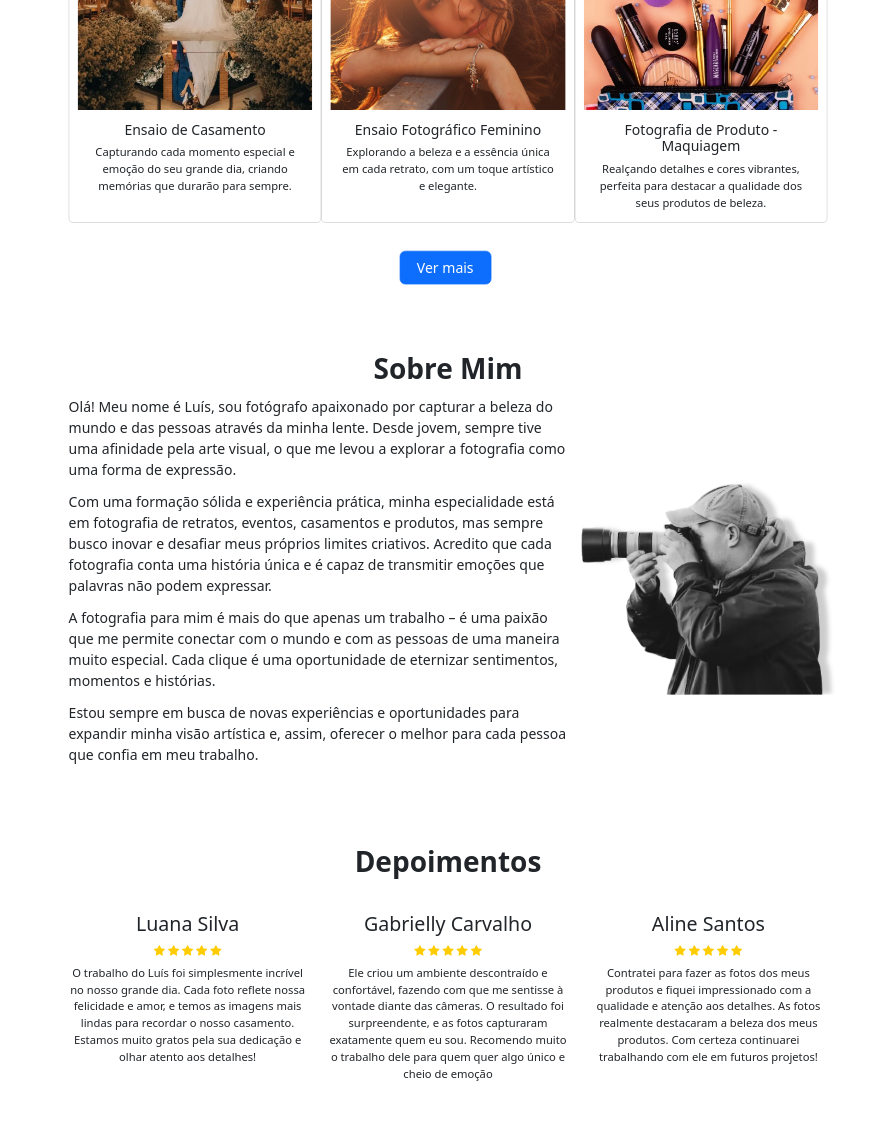
Repository: Marinalr-25/portifolio-fotografia
Page: index.html
These files come from the project's save history. The page is drawn as it stood at one moment and after the next save; the edit follows.
The browser window is 1280 px wide. The pictures show the part of the page from y = 855 to 2775 px (the page is 2465 px tall before and 2775 px after), at 70% of full size.
A picture or video elsewhere on the page could not be fetched, so the positions and the page height are approximate.

Above is the page before, as saved 2025-01-19 19:27:28.

### index.html
<!DOCTYPE html>
<html lang="pt-BR" data-bs-theme="dark">
  <head>
    <meta charset="utf-8" />
    <meta name="viewport" content="width=device-width, initial-scale=1" />
    <title>Portifolio Fotográfia</title>
    <link
      href="https://cdn.jsdelivr.net/npm/bootstrap@5.3.3/dist/css/bootstrap.min.css"
      rel="stylesheet"
      integrity="sha384-QWTKZyjpPEjISv5WaRU9OFeRpok6YctnYmDr5pNlyT2bRjXh0JMhjY6hW+ALEwIH"
      crossorigin="anonymous"
    />
    <!-- Bootstrap Icons -->
    <link
      href="https://cdn.jsdelivr.net/npm/bootstrap-icons/font/bootstrap-icons.css"
      rel="stylesheet"
    />
    <link rel="stylesheet" href="css/style.css" />
  </head>
  <body>
    <!-- Header -->
    <div class="container">
      <header
        class="d-flex flex-wrap justify-content-center py-3 mb-4 border-bottom fixed-top header header-light"
      >
        <a
          href="/"
          class="d-flex align-items-center mb-3 mb-md-0 me-md-auto link-body-emphasis text-decoration-none"
        >
          <svg
            xmlns="http://www.w3.org/2000/svg"
            width="40"
            height="32"
            class="d-block m-4 my-1 m"
            viewBox="0 0 118 94"
            role="img"
          >
            <title>Bootstrap</title>
            <path
              fill-rule="evenodd"
              clip-rule="evenodd"
              d="M24.509 0c-6.733 0-11.715 5.893-11.492 12.284.214 6.14-.064 14.092-2.066 20.577C8.943 39.365 5.547 43.485 0 44.014v5.972c5.547.529 8.943 4.649 10.951 11.153 2.002 6.485 2.28 14.437 2.066 20.577C12.794 88.106 17.776 94 24.51 94H93.5c6.733 0 11.714-5.893 11.491-12.284-.214-6.14.064-14.092 2.066-20.577 2.009-6.504 5.396-10.624 10.943-11.153v-5.972c-5.547-.529-8.934-4.649-10.943-11.153-2.002-6.484-2.28-14.437-2.066-20.577C105.214 5.894 100.233 0 93.5 0H24.508zM80 57.863C80 66.663 73.436 72 62.543 72H44a2 2 0 01-2-2V24a2 2 0 012-2h18.437c9.083 0 15.044 4.92 15.044 12.474 0 5.302-4.01 10.049-9.119 10.88v.277C75.317 46.394 80 51.21 80 57.863zM60.521 28.34H49.948v14.934h8.905c6.884 0 10.68-2.772 10.68-7.727 0-4.643-3.264-7.207-9.012-7.207zM49.948 49.2v16.458H60.91c7.167 0 10.964-2.876 10.964-8.281 0-5.406-3.903-8.178-11.425-8.178H49.948z"
              fill="currentColor"
            ></path>
          </svg>
          <span class="fs-4">Fotográfo Bootstrap</span>
        </a>

        <ul class="nav nav-pills">
          <li class="nav-item">
            <a href="#home" class="nav-link active" aria-current="page">Home</a>
          </li>
          <li class="nav-item">
            <a href="#galeria" class="nav-link">Galeria</a>
          </li>
          <li class="nav-item">
            <a href="#sobre" class="nav-link">Sobre mim</a>
          </li>
          <li class="nav-item">
            <a href="#servicos" class="nav-link">Serviços</a>
          </li>
          <li class="nav-item">
            <a href="#contato" class="nav-link">Contato</a>
          </li>
          <button id="toggleThemeBtn" class="btn btn-light me-3">
            <i id="themeIcon" class="bi bi-brightness-high"></i>
          </button>
        </ul>
      </header>
    </div>

    <!-- Hero -->
    <div id="home" class="container col-xxl-8 px-4 py-5">
      <div class="row flex-lg-row-reverse align-items-center g-5 py-5">
        <div class="col-10 col-sm-8 col-lg-6">
          <img
            src="src/fotografiaHero.jpg"
            class="d-block mx-lg-auto img-fluid img-hero"
            alt="Bootstrap Themes"
            width="700"
            height="500"
            loading="lazy"
          />
        </div>
        <div class="col-lg-6">
          <h1 class="fw-bold text-body-emphasis lh-1 mb-3">
            Capturando Momentos, Criando Memórias
          </h1>
          <p class="lead">
            Com uma abordagem única e criativa, busco capturar a essência de
            cada cena e emoção. Meu trabalho é uma mistura de técnica, paixão e
            sensibilidade. Através da minha lente, tento criar imagens que falam
            por si mesmas.
          </p>
          <div class="d-grid gap-2 d-md-flex justify-content-md-start">
            <button type="button" class="btn btn-primary btn-lg px-4 me-md-2">
              Veja meu trabalho
            </button>
            <button type="button" class="btn btn-outline-secondary btn-lg px-4">
              Entre em Contato
            </button>
          </div>
        </div>
      </div>
    </div>

    <!-- Galeria -->
    <div id="galeria" class="container col-xxl-8 px-4 py-5 p-4 text-center">
      <h1 class="fw-bold mb-3">Galeria</h1>
      <div class="row p-3">
        <div class="card col-lg-4 col-12 mb-4">
          <img
            src="src/casamento.webp"
            class="card-img-top"
            alt="ensaio fotografico de casamento"
          />
          <div class="card-body">
            <h5 class="card-title">Ensaio de Casamento</h5>
            <p class="card-text">
              Capturando cada momento especial e emoção do seu grande dia,
              criando memórias que durarão para sempre.
            </p>
          </div>
        </div>
        <div class="card col-lg-4 col-12 mb-4">
          <img
            src="src/ensaiofotografico.jpeg"
            class="card-img-top"
            alt="ensaio fotografico de uma mulher"
          />
          <div class="card-body">
            <h5 class="card-title">Ensaio Fotográfico Feminino</h5>
            <p class="card-text">
              Explorando a beleza e a essência única em cada retrato, com um
              toque artístico e elegante.
            </p>
          </div>
        </div>
        <div class="card col-lg-4 col-12 mb-4">
          <img
            src="src/maquiagem.jpg"
            class="card-img-top"
            alt="ensaio fotografico de produto (maquiagem)"
          />
          <div class="card-body">
            <h5 class="card-title">Fotografia de Produto - Maquiagem</h5>
            <p class="card-text">
              Realçando detalhes e cores vibrantes, perfeita para destacar a
              qualidade dos seus produtos de beleza.
            </p>
          </div>
        </div>
      </div>
      <button type="button" class="btn btn-primary btn-lg px-4 me-md-2">
        Ver mais
      </button>
    </div>

    <!-- Sobre mim -->
    <div id="sobre" class="container col-xxl-8 px-4 py-5">
      <div class="row justify-content-center align-items-center">
        <h1 class="fw-bold mb-3 text-center">Sobre Mim</h1>
        <div class="col-lg-8 pe-3">
          <p class="lead">
            Olá! Meu nome é Luís, sou fotógrafo apaixonado por capturar a beleza
            do mundo e das pessoas através da minha lente. Desde jovem, sempre
            tive uma afinidade pela arte visual, o que me levou a explorar a
            fotografia como uma forma de expressão.
          </p>
          <p class="lead">
            Com uma formação sólida e experiência prática, minha especialidade
            está em fotografia de retratos, eventos, casamentos e produtos, mas
            sempre busco inovar e desafiar meus próprios limites criativos.
            Acredito que cada fotografia conta uma história única e é capaz de
            transmitir emoções que palavras não podem expressar.
          </p>
          <p class="lead">
            A fotografia para mim é mais do que apenas um trabalho – é uma
            paixão que me permite conectar com o mundo e com as pessoas de uma
            maneira muito especial. Cada clique é uma oportunidade de eternizar
            sentimentos, momentos e histórias.
          </p>
          <p class="lead">
            Estou sempre em busca de novas experiências e oportunidades para
            expandir minha visão artística e, assim, oferecer o melhor para cada
            pessoa que confia em meu trabalho.
          </p>
        </div>
        <div class="fotografo"></div>
      </div>
    </div>

    <!-- Clientes -->
    <div id="clientes" class="container col-xxl-8 px-4 py-5 py-3">
      <div class="col mx-auto">
        <h1 class="fw-bold text-center mb-5">Depoimentos</h1>
        <div class="row">
          <div class="col-lg-4 text-center">
            <h3>Luana Silva</h3>
            <div class="mb-2">
              <i class="bi bi-star-fill estrela"></i>
              <i class="bi bi-star-fill estrela"></i>
              <i class="bi bi-star-fill estrela"></i>
              <i class="bi bi-star-fill estrela"></i>
              <i class="bi bi-star-fill estrela"></i>
            </div>

            <p>
              O trabalho do Luís foi simplesmente incrível no nosso grande dia.
              Cada foto reflete nossa felicidade e amor, e temos as imagens mais
              lindas para recordar o nosso casamento. Estamos muito gratos pela
              sua dedicação e olhar atento aos detalhes!
            </p>
          </div>
          <div class="col-lg-4 text-center">
            <h3>Gabrielly Carvalho</h3>
            <div class="mb-2">
              <i class="bi bi-star-fill estrela"></i>
              <i class="bi bi-star-fill estrela"></i>
              <i class="bi bi-star-fill estrela"></i>
              <i class="bi bi-star-fill estrela"></i>
              <i class="bi bi-star-fill estrela"></i>
            </div>
            <p>
              Ele criou um ambiente descontraído e confortável, fazendo com que
              me sentisse à vontade diante das câmeras. O resultado foi
              surpreendente, e as fotos capturaram exatamente quem eu sou.
              Recomendo muito o trabalho dele para quem quer algo único e cheio
              de emoção
            </p>
          </div>
          <div class="col-lg-4 text-center">
            <h3>Aline Santos</h3>
            <div class="mb-2">
              <i class="bi bi-star-fill estrela"></i>
              <i class="bi bi-star-fill estrela"></i>
              <i class="bi bi-star-fill estrela"></i>
              <i class="bi bi-star-fill estrela"></i>
              <i class="bi bi-star-fill estrela"></i>
            </div>
            <p>
              Contratei para fazer as fotos dos meus produtos e fiquei
              impressionado com a qualidade e atenção aos detalhes. As fotos
              realmente destacaram a beleza dos meus produtos. Com certeza
              continuarei trabalhando com ele em futuros projetos!
            </p>
          </div>
        </div>
      </div>
    </div>

    <script
      src="https://cdn.jsdelivr.net/npm/@popperjs/core@2.11.8/dist/umd/popper.min.js"
      integrity="sha384-I7E8VVD/ismYTF4hNIPjVp/Zjvgyol6VFvRkX/vR+Vc4jQkC+hVqc2pM8ODewa9r"
      crossorigin="anonymous"
    ></script>
    <script
      src="https://cdn.jsdelivr.net/npm/bootstrap@5.3.3/dist/js/bootstrap.min.js"
      integrity="sha384-0pUGZvbkm6XF6gxjEnlmuGrJXVbNuzT9qBBavbLwCsOGabYfZo0T0to5eqruptLy"
      crossorigin="anonymous"
    ></script>
    <script src="js/script.js"></script>
  </body>
</html>

### css/style.css
/* Style Bootstrap */

.bd-placeholder-img {
  font-size: 1.125rem;
  text-anchor: middle;
  -webkit-user-select: none;
  -moz-user-select: none;
  user-select: none;
}

@media (min-width: 768px) {
  .bd-placeholder-img-lg {
    font-size: 3.5rem;
  }
}

.b-example-divider {
  width: 100%;
  height: 3rem;
  background-color: rgba(0, 0, 0, 0.1);
  border: solid rgba(0, 0, 0, 0.15);
  border-width: 1px 0;
  box-shadow: inset 0 0.5em 1.5em rgba(0, 0, 0, 0.1),
    inset 0 0.125em 0.5em rgba(0, 0, 0, 0.15);
}

.b-example-vr {
  flex-shrink: 0;
  width: 1.5rem;
  height: 100vh;
}

.bi {
  vertical-align: -0.125em;
  fill: currentColor;
}

.nav-scroller {
  position: relative;
  z-index: 2;
  height: 2.75rem;
  overflow-y: hidden;
}

.nav-scroller .nav {
  display: flex;
  flex-wrap: nowrap;
  padding-bottom: 1rem;
  margin-top: -1px;
  overflow-x: auto;
  text-align: center;
  white-space: nowrap;
  -webkit-overflow-scrolling: touch;
}

.btn-bd-primary {
  --bd-violet-bg: #712cf9;
  --bd-violet-rgb: 112.520718, 44.062154, 249.437846;

  --bs-btn-font-weight: 600;
  --bs-btn-color: var(--bs-white);
  --bs-btn-bg: var(--bd-violet-bg);
  --bs-btn-border-color: var(--bd-violet-bg);
  --bs-btn-hover-color: var(--bs-white);
  --bs-btn-hover-bg: #6528e0;
  --bs-btn-hover-border-color: #6528e0;
  --bs-btn-focus-shadow-rgb: var(--bd-violet-rgb);
  --bs-btn-active-color: var(--bs-btn-hover-color);
  --bs-btn-active-bg: #5a23c8;
  --bs-btn-active-border-color: #5a23c8;
}

.bd-mode-toggle {
  z-index: 1500;
}

.bd-mode-toggle .dropdown-menu .active .bi {
  display: block !important;
}

/* CSS próprio */

/* Header */
.header-light {
  background-color: #fff;
  color: #000;
}

.header-dark {
  background-color: #212529;
  color: #fff;
}

/* Hero */
.img-hero {
  width: 1000px;
}

/* Galeria */
.card-img-top {
  width: 100%;
  height: 300px;
  object-fit: cover;
}

/* sobre mim */
.fotografo {
  background-image: url(/src/fotografosombracortada.png);
  background-position: center;
  background-repeat: no-repeat;
  background-size: contain;
  width: 364px;
  height: 308px;
}

/* Clientes */
.estrela {
  color: #ffcc00;
}

### js/script.js
const toggleThemeBtn = document.getElementById('toggleThemeBtn');
const themeIcon = document.getElementById('themeIcon');
const header = document.querySelector('.header');
const body = document.body;

// Função para definir o ícone, tema e a classe do botão ao carregar a página
function setInitialTheme() {
  if (body.getAttribute('data-bs-theme') === 'dark') {
    themeIcon.classList.remove('bi-brightness-high');
    themeIcon.classList.add('bi-moon-stars-fill');
    toggleThemeBtn.classList.remove('btn-light');
    toggleThemeBtn.classList.add('btn-dark');
  } else {
    body.setAttribute('data-bs-theme', 'light');
    themeIcon.classList.remove('bi-moon-stars-fill');
    themeIcon.classList.add('bi-brightness-high');
    toggleThemeBtn.classList.remove('btn-dark');
    toggleThemeBtn.classList.add('btn-light');
  }
}

// Definir o tema inicial ao carregar
setInitialTheme();

toggleThemeBtn.addEventListener('click', () => {
  if (body.getAttribute('data-bs-theme') === 'dark') {
    body.setAttribute('data-bs-theme', 'light');
    themeIcon.classList.remove('bi-moon-stars-fill');
    themeIcon.classList.add('bi-brightness-high');
    header.classList.remove('header-dark');
    header.classList.add('header-light');
    toggleThemeBtn.classList.remove('btn-dark');
    toggleThemeBtn.classList.add('btn-light');
  } else {
    body.setAttribute('data-bs-theme', 'dark');
    themeIcon.classList.remove('bi-brightness-high');
    themeIcon.classList.add('bi-moon-stars-fill');
    header.classList.remove('header-light');
    header.classList.add('header-dark');
    toggleThemeBtn.classList.remove('btn-light');
    toggleThemeBtn.classList.add('btn-dark');
  }
});

After the next save:
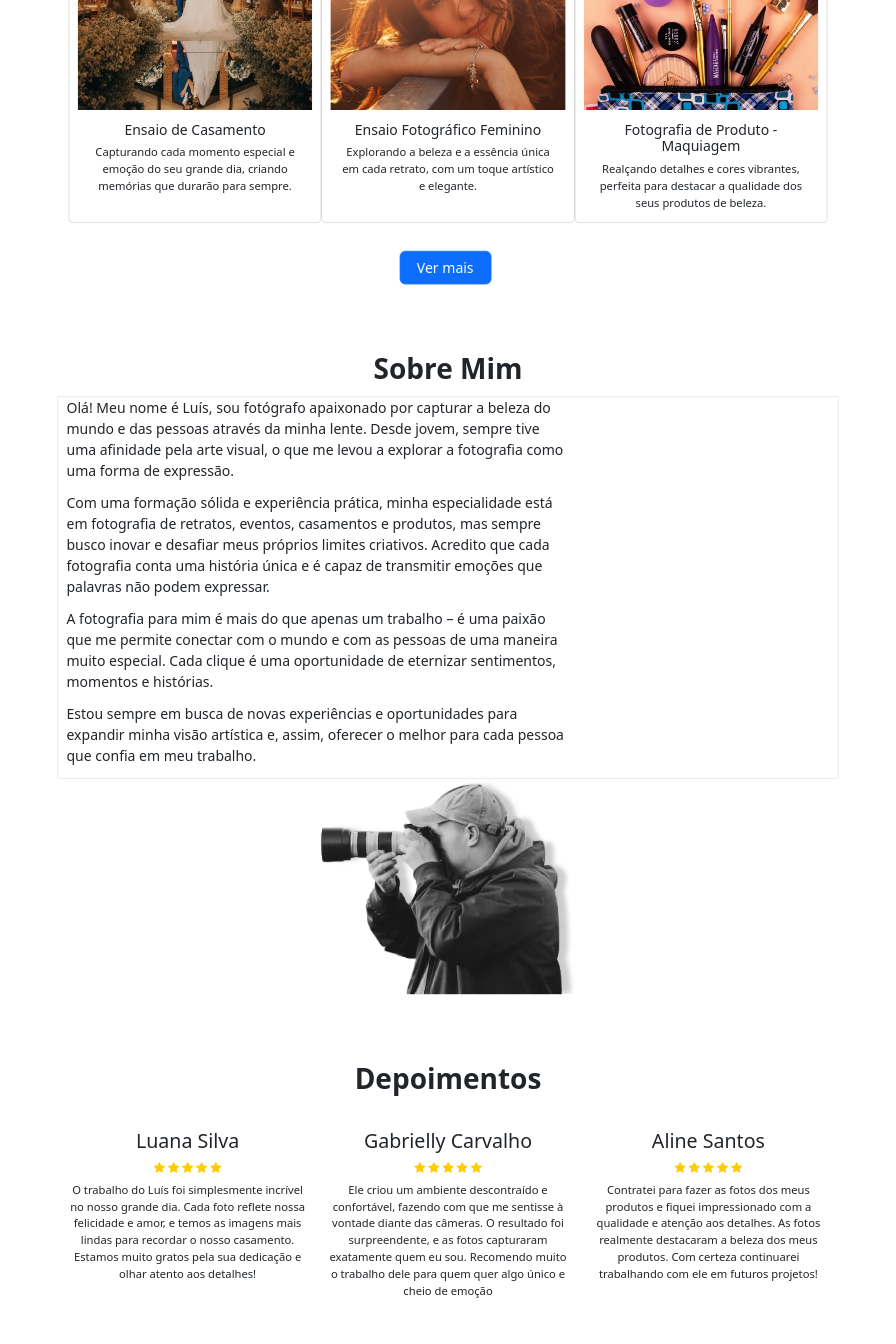
Saved 112 min 24 s later.
--- a/index.html
+++ b/index.html
@@ -160,31 +160,33 @@
     <div id="sobre" class="container col-xxl-8 px-4 py-5">
       <div class="row justify-content-center align-items-center">
         <h1 class="fw-bold mb-3 text-center">Sobre Mim</h1>
-        <div class="col-lg-8 pe-3">
-          <p class="lead">
-            Olá! Meu nome é Luís, sou fotógrafo apaixonado por capturar a beleza
-            do mundo e das pessoas através da minha lente. Desde jovem, sempre
-            tive uma afinidade pela arte visual, o que me levou a explorar a
-            fotografia como uma forma de expressão.
-          </p>
-          <p class="lead">
-            Com uma formação sólida e experiência prática, minha especialidade
-            está em fotografia de retratos, eventos, casamentos e produtos, mas
-            sempre busco inovar e desafiar meus próprios limites criativos.
-            Acredito que cada fotografia conta uma história única e é capaz de
-            transmitir emoções que palavras não podem expressar.
-          </p>
-          <p class="lead">
-            A fotografia para mim é mais do que apenas um trabalho – é uma
-            paixão que me permite conectar com o mundo e com as pessoas de uma
-            maneira muito especial. Cada clique é uma oportunidade de eternizar
-            sentimentos, momentos e histórias.
-          </p>
-          <p class="lead">
-            Estou sempre em busca de novas experiências e oportunidades para
-            expandir minha visão artística e, assim, oferecer o melhor para cada
-            pessoa que confia em meu trabalho.
-          </p>
+        <div class="border">
+          <div class="col-lg-8 pe-3">
+            <p class="lead">
+              Olá! Meu nome é Luís, sou fotógrafo apaixonado por capturar a
+              beleza do mundo e das pessoas através da minha lente. Desde jovem,
+              sempre tive uma afinidade pela arte visual, o que me levou a
+              explorar a fotografia como uma forma de expressão.
+            </p>
+            <p class="lead">
+              Com uma formação sólida e experiência prática, minha especialidade
+              está em fotografia de retratos, eventos, casamentos e produtos,
+              mas sempre busco inovar e desafiar meus próprios limites
+              criativos. Acredito que cada fotografia conta uma história única e
+              é capaz de transmitir emoções que palavras não podem expressar.
+            </p>
+            <p class="lead">
+              A fotografia para mim é mais do que apenas um trabalho – é uma
+              paixão que me permite conectar com o mundo e com as pessoas de uma
+              maneira muito especial. Cada clique é uma oportunidade de
+              eternizar sentimentos, momentos e histórias.
+            </p>
+            <p class="lead">
+              Estou sempre em busca de novas experiências e oportunidades para
+              expandir minha visão artística e, assim, oferecer o melhor para
+              cada pessoa que confia em meu trabalho.
+            </p>
+          </div>
         </div>
         <div class="fotografo"></div>
       </div>
